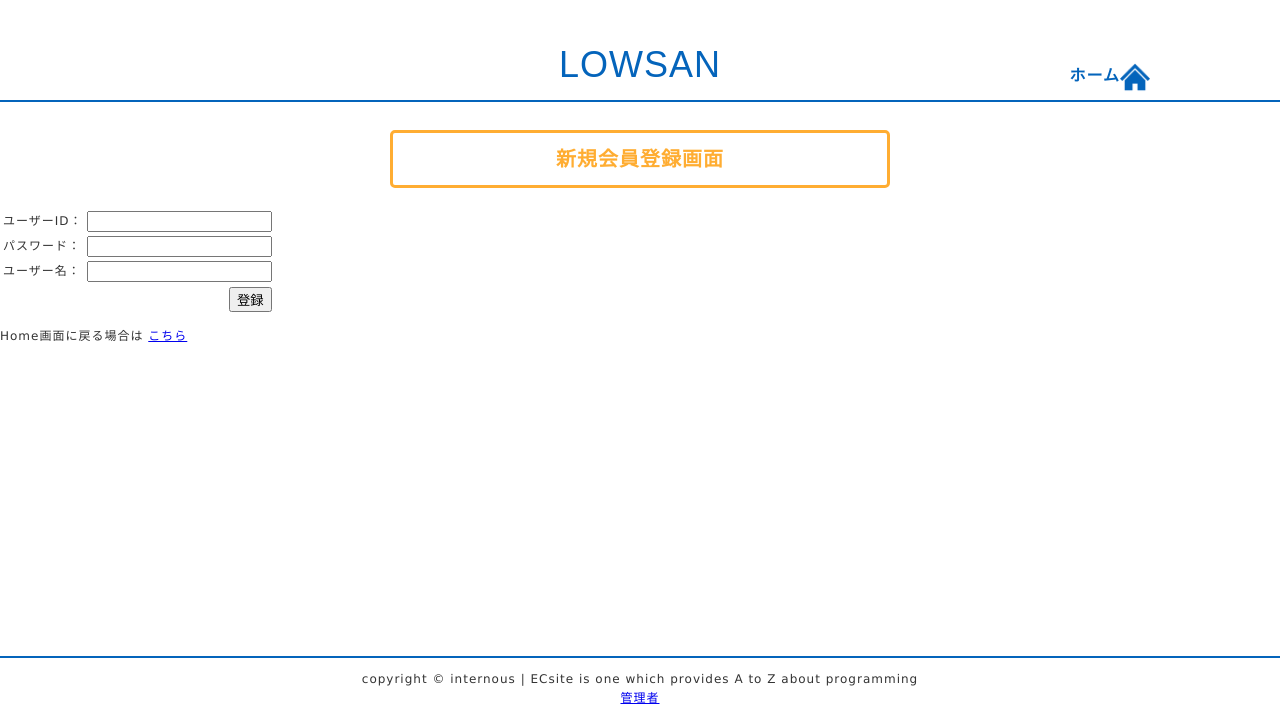
Repository: nishimura0212/myECsite
Page: http://localhost/ecsite/UserCreateAction
The author's editor kept a copy of each file at every save. The page is drawn from the files as they stood at one save, then again after the next save.
The browser window is 1280 px wide. The pictures show the whole page.
The page is served by Tomcat 9.

Above is the page before, as saved 2019-01-19 09:28:08.

After the next save:
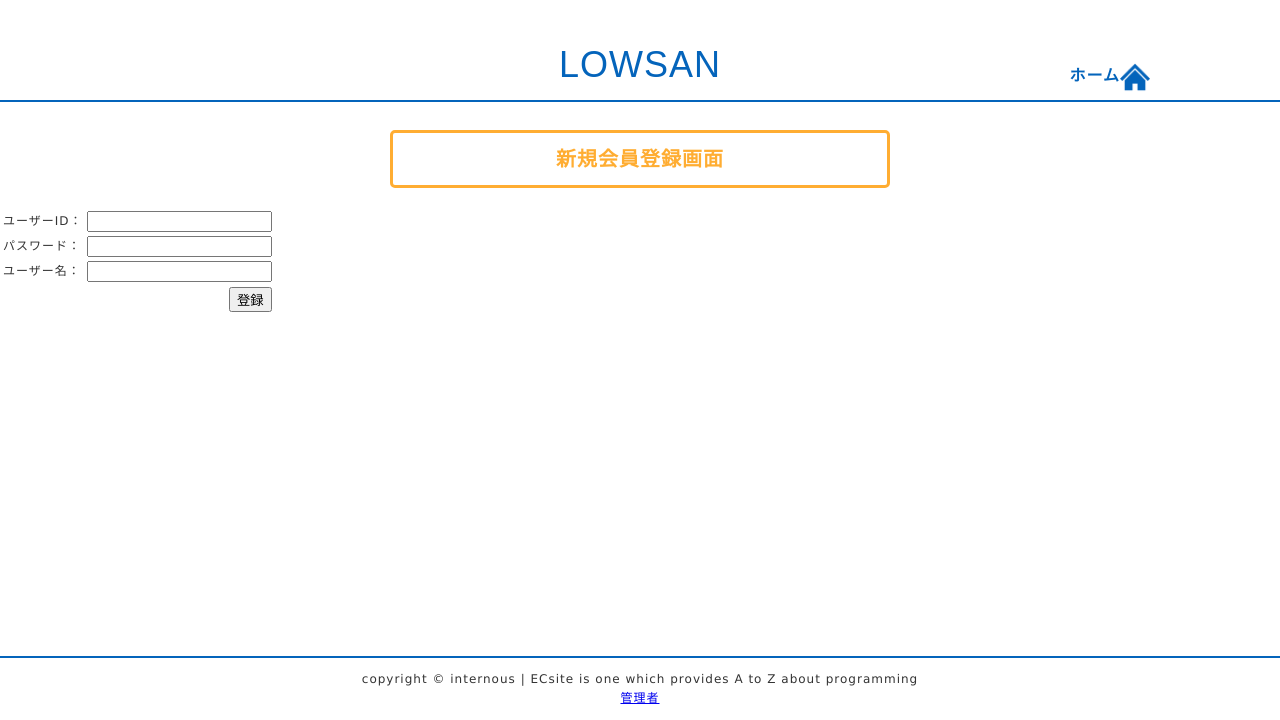
Saved 7 s later.
--- a/ecsite/WebContent/userCreate.jsp
+++ b/ecsite/WebContent/userCreate.jsp
@@ -63,10 +63,6 @@
 				</s:form>
 				</table>
 
-				<div>
-					<p>Home画面に戻る場合は
-						<a href='<s:url action="GoHomeAction"/>'>こちら</a></p>
-				</div>
 		</div>
 	</div>
 	<div id="footer">
